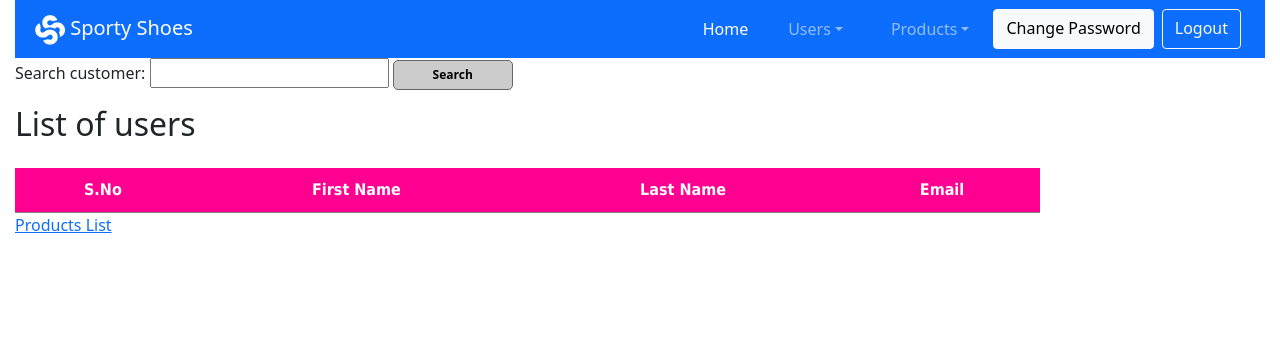
Repository: anuragkr41/FSDPhase3
Page: http://localhost/sporty-shoes/WEB-INF/view/list-users.jsp
These files come from the project's save history. The page is drawn as it stood at one moment and after the next save; the edit follows.
The browser window is 1280 px wide. The pictures show the whole page.
The page is served by Tomcat 9. Nobody is signed in. Other server files are loaded and not shown. The template is opened directly, without the code that normally fills it, so the values that code supplies are empty.

Above is the page before, as saved 2021-07-25 17:17:26.

### sporty-shoes/WebContent/WEB-INF/view/list-users.jsp
<%@ page language="java" contentType="text/html; charset=ISO-8859-1"
	pageEncoding="ISO-8859-1"%>
<%@ taglib uri="http://java.sun.com/jsp/jstl/core" prefix="c"%>
<%@ taglib prefix="form" uri="http://www.springframework.org/tags/form" %>

<!DOCTYPE html>
<html>
<head>
<meta charset="ISO-8859-1">
<title>User List</title>
<!-- reference our style sheet  -->
<link type="text/css" rel="stylesheet"
	href="${pageContext.request.contextPath}/resources/css/style.css" />

	<!-- Bootstrap CSS -->
    <link href="https://cdn.jsdelivr.net/npm/bootstrap@5.0.1/dist/css/bootstrap.min.css" rel="stylesheet" integrity="sha384-+0n0xVW2eSR5OomGNYDnhzAbDsOXxcvSN1TPprVMTNDbiYZCxYbOOl7+AMvyTG2x" crossorigin="anonymous">

</head>
<body>

<!-- Optional JavaScript; choose one of the two! -->
<!-- Option 1: Bootstrap Bundle with Popper -->
<script src="https://cdn.jsdelivr.net/npm/bootstrap@5.0.1/dist/js/bootstrap.bundle.min.js"
  integrity="sha384-gtEjrD/SeCtmISkJkNUaaKMoLD0//ElJ19smozuHV6z3Iehds+3Ulb9Bn9Plx0x4"
  crossorigin="anonymous"></script>

  <%@include file="admin-menu.jsp"%>


	<div id="wrapper">
		<div id="content">
		<!--  add a search box -->
            <form:form action="search" method="GET">
                Search customer: <input type="text" name="theSearchName" />

                <input type="submit" value="Search" class="add-button" />
            </form:form>


			<h2>List of users</h2>
		</div>
	</div>


	<!-- add our html table here -->

	<div id=container>
		<div id=content>
			<table>
				<tr>
					<th>S.No</th>
					<th>First Name</th>
					<th>Last Name</th>
					<th>Email</th>
				</tr>
				<%
				int sno = 1;
				%>
				<!-- loop over and print out customers  -->
				<c:forEach var="tempUser" items="${users}">
					<tr>
						<td><%=sno++%></td>
						<td>${tempUser.firstName}</td>
						<td>${tempUser.lastName}</td>
						<td>${tempUser.email}</td>
					</tr>

				</c:forEach>
			</table>
		</div>
	</div>

	<a href="/sporty-shoes/product/list">Products List</a>



</body>
</html>

### sporty-shoes/WebContent/WEB-INF/view/admin-menu.jsp
<div class="container.fluid">
      <nav class="navbar navbar-expand-lg navbar-dark bg-primary">

        <a class="navbar-brand" style="padding-left: 1em;" href="<%=request.getContextPath()%>/admin_dashboard.jsp"><img src="<%=request.getContextPath()%>/resources/images/logo-white.png" height="30px" >   Sporty Shoes</a>
        <!-- <button class="navbar-toggler" type="button" data-toggle="collapse" data-target="#navbarsExample03" aria-controls="navbarsExample03" aria-expanded="false" aria-label="Toggle navigation">
            <span class="navbar-toggler-icon"></span>
          </button> -->


          <button class="navbar-toggler" type="button" data-toggle="collapse" data-target="#navbarsExample03" aria-controls="navbarsExample03" aria-expanded="false" aria-label="Toggle navigation">
            <span class="navbar-toggler-icon"></span>
          </button>


        <div class="collapse navbar-collapse" id="PrimaryMenu">
          <ul class="navbar-nav" style="margin-left: auto; padding-right: 1em;">
            <li class="nav-item">
              <a class="nav-link active px-3" aria-current="page" href="">Home</a>
            </li>

            <li class="nav-item dropdown px-3">
              <a class="nav-link dropdown-toggle" href="teachers.jsp" id="dropdown03" data-bs-toggle="dropdown"
                aria-expanded="false">Users</a>
              <ul class="dropdown-menu" aria-labelledby="dropdown03">
                <li><a class="dropdown-item" href="#">View Users</a></li>


              </ul>
            </li>



            <li class="nav-item dropdown mx-3">
              <a class="nav-link dropdown-toggle" href="subjects.jsp" id="dropdown03" data-bs-toggle="dropdown"
                aria-expanded="false">Products</a>
              <ul class="dropdown-menu" aria-labelledby="dropdown03">
                <li><a class="dropdown-item" href="#">View Products</a></li>
                <li><a class="dropdown-item" href="#">Update Products</a></li>
                <li><a class="dropdown-item" href="#">Delete Products</a></li>
              </ul>
            </li>


            <a href = "<%=request.getContextPath()%>/logout" class="btn btn-light me-2">Change Password </a>
            <a href = "<%=request.getContextPath()%>/logout" class="btn btn-outline-light me-2">Logout</a>
          </ul>

        </div>
      </nav>
    </div>

### sporty-shoes/WebContent/resources/css/style.css
html, body{
	margin-left:15px; margin-right:15px;
	padding:0px;
	font-family:Verdana, Arial, Helvetica, sans-serif;
}

table {
	border-collapse:collapse;
	border-bottom:1px solid gray;
	font-family: Tahoma,Verdana,Segoe,sans-serif;
	width:82%;
}

th {
	border-bottom:1px solid gray;
	background:none repeat scroll 0 0 #ff0090;
	padding:10px;
	color: #FFFFFF;
}

tr {
	border-top:1px solid gray;
	text-align:center;
}

tr:nth-child(even) {background: #FFFFFF}
tr:nth-child(odd) {background: #BBBBBB}

#wrapper {width: 100%; margin-top: 0px; }
#header {width: 100%; background: #ff0090; margin-top: 20px; padding:15px 0px 15px 15px;}
#header h2 {width: 100%; margin:auto; color: #FFFFFF;}
#container {width: 100%; margin:auto}
#container h3 {color: #000;}
#container #content {margin-top: 25px;}

.add-button {
	border: 1px solid #666;
	border-radius: 5px;
	padding: 4px;
	font-size: 12px;
	font-weight: bold;
	width: 120px;
	padding: 5px 10px;

	margin-bottom: 15px;
	background: #cccccc;
}

After the next save:
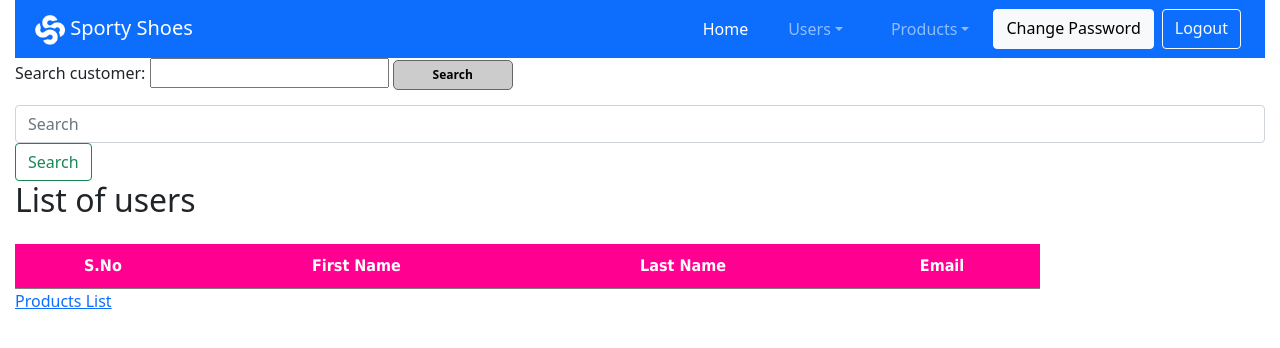
Saved 65 s later.
--- a/sporty-shoes/WebContent/WEB-INF/view/list-users.jsp
+++ b/sporty-shoes/WebContent/WEB-INF/view/list-users.jsp
@@ -35,6 +35,11 @@
 
                 <input type="submit" value="Search" class="add-button" />
             </form:form>
+
+            <form class="form-inline">
+    <input class="form-control mr-sm-2" type="search" placeholder="Search" aria-label="Search">
+    <button class="btn btn-outline-success my-2 my-sm-0" type="submit">Search</button>
+  </form>
 
 
 			<h2>List of users</h2>

After the save that followed:
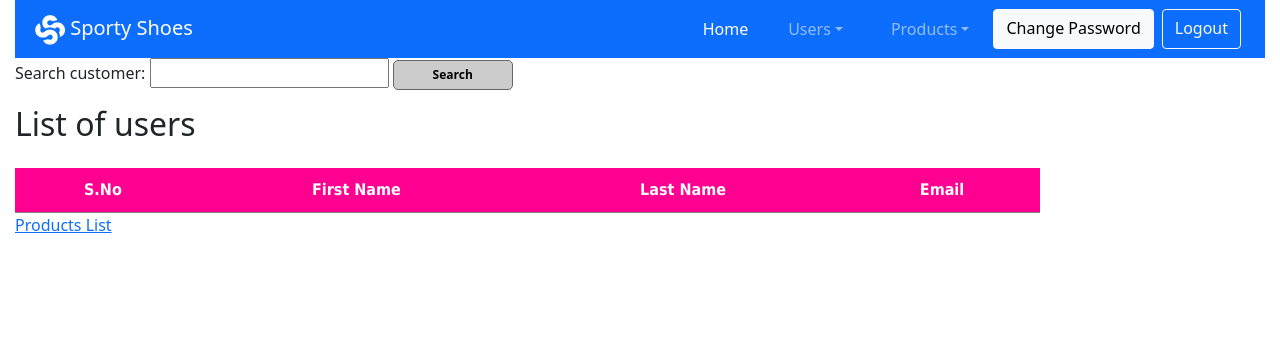
Saved 20 s later.
--- a/sporty-shoes/WebContent/WEB-INF/view/list-users.jsp
+++ b/sporty-shoes/WebContent/WEB-INF/view/list-users.jsp
@@ -32,14 +32,10 @@
 		<!--  add a search box -->
             <form:form action="search" method="GET">
                 Search customer: <input type="text" name="theSearchName" />
-
                 <input type="submit" value="Search" class="add-button" />
             </form:form>
 
-            <form class="form-inline">
-    <input class="form-control mr-sm-2" type="search" placeholder="Search" aria-label="Search">
-    <button class="btn btn-outline-success my-2 my-sm-0" type="submit">Search</button>
-  </form>
+
 
 
 			<h2>List of users</h2>
